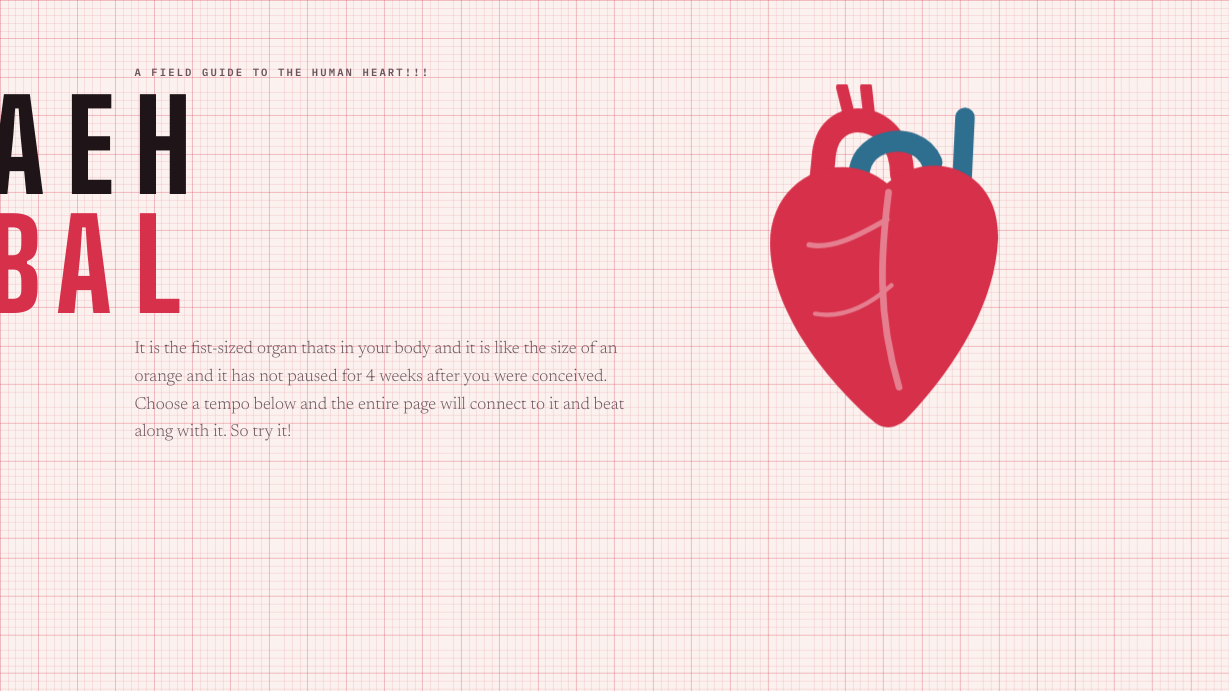
Repository: manayparikh1/PulseBeat
Page: index.html
These files come from the project's save history. The page is drawn as it stood at one moment and after the next save; the edit follows.
The browser window is 1280 px wide. The pictures show the whole page, at 96% of full size.

Above is the page before, as saved 2026-09-01 19:05:37.

After the next save:
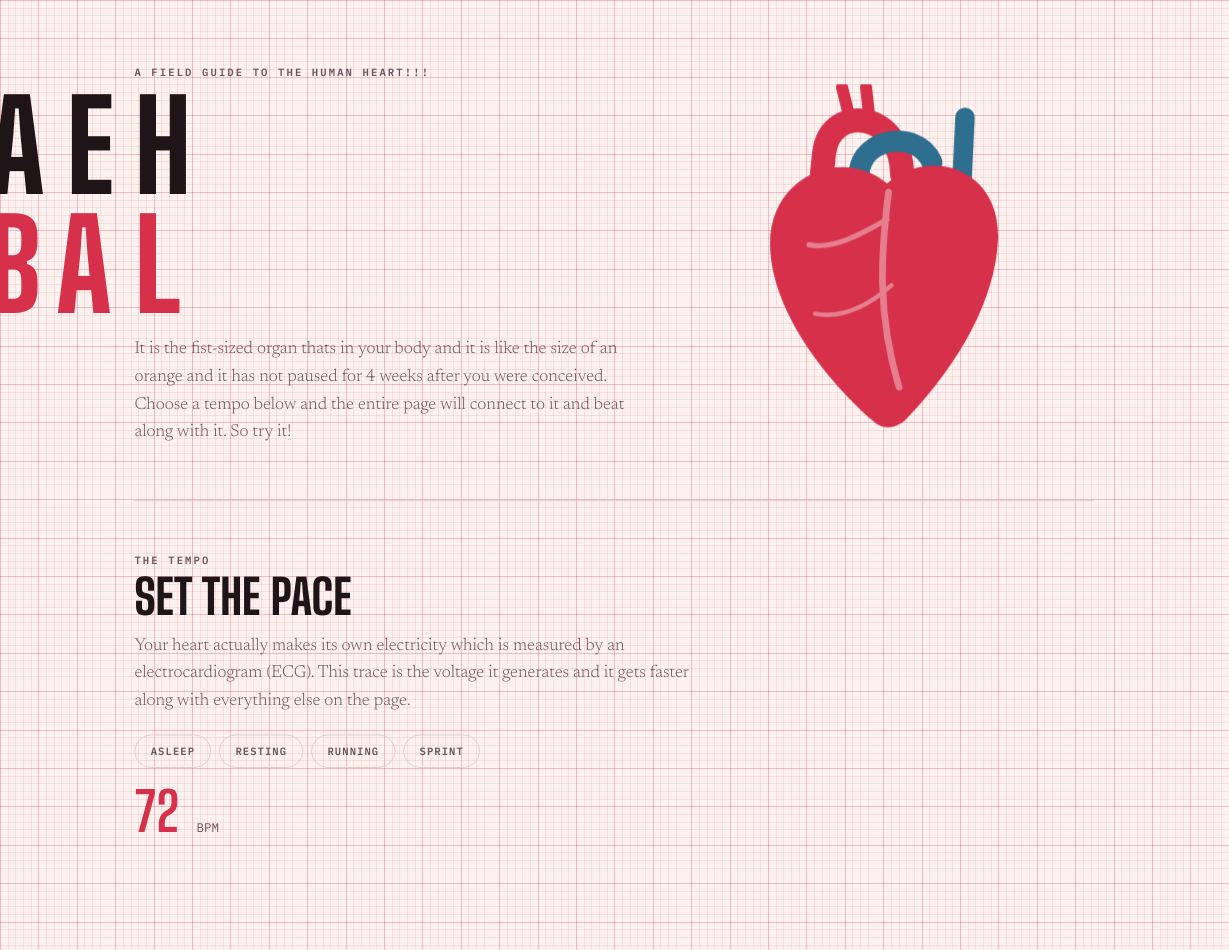
Saved 20 h 20 min later.
--- a/index.html
+++ b/index.html
@@ -545,7 +545,31 @@
                 </g>
             </svg>
         </header>
-
+        <!-- ===== RATE + ECG ==== -->
+        <section>
+            <p class="eyebrow">The tempo</p>
+            <h2>Set the pace</h2>
+            <p class="lede">Your heart actually makes its own electricity which is measured by an electrocardiogram
+                (ECG). This trace is the voltage it generates and it gets faster along with everything else on the page.
+            </p>
+
+            <input class="sr" type="radio" name="rate" id="r1"><input class="sr" type="radio" name="rate" id="r2"
+                checked>
+            <input class="sr" type="radio" name="rate" id="r3"><input class="sr" type="radio" name="rate" id="r4">
+            <div class="rates">
+                <label for="r1">Asleep</label>
+                <label for="r2">Resting</label>
+                <label for="r3">Running</label>
+                <label for="r4">Sprint</label>
+            </div>
+            <p class="bpm" style="margin-top:18px">
+                <b class="b1">48</b><b class="b2">72</b>
+                <b class="b3">133</b><b class="b4">176</b>
+                <small>BPM</small>
+            </p>
+
+
+        </section>
 
 
 
